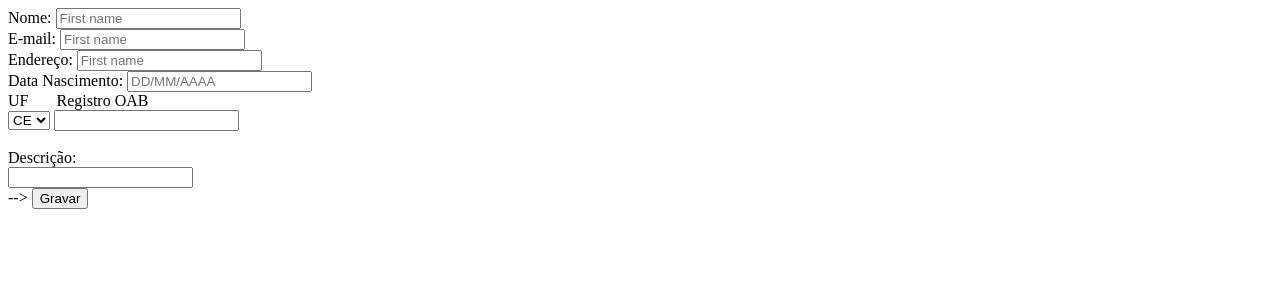
Repository: Natan16/CRUDJUSTTO
Page: CRUDJUSTTOWEB/WebContent/adiciona-advogado.html
An editor plug-in stored every save of this project. The page is shown before and after the next save, followed by the edit.
The browser window is 1280 px wide. The pictures show the whole page.

Above is the page before, as saved 2019-08-31 11:38:34.

### CRUDJUSTTOWEB/WebContent/adiciona-advogado.html
<html>
     <body>
         <form action="adicionaAdvogado" method="post">
             Nome: <input type="text" name="nome" placeholder="First name"/><br />
             E-mail: <input type="text" name="email" placeholder="First name"/><br />
             Endereço: <input type="text" name="endereco" placeholder="First name"/><br />
             Data Nascimento: <input type="text" name="dataNascimento" placeholder="DD/MM/AAAA"/><br />

                          UF                 &nbsp;&nbsp;&nbsp;&nbsp;&nbsp; Registro OAB <br />
             <select name="ufOAB">
			    <option value="volvo">CE</option>
			    <option value="saab">SP</option>
			    <option value="fiat">RJ</option>
			    <option value="audi">AM</option>
  			 </select>
  			 <input type="text" name="registroOAB" /><br />
  			 <br />

             Descrição: <br />
             <input  type="text" name="desc" rows=4 /><br />
		<!-- <!-- <div class="dropdown">
  			<button class="dropbtn">Dropdown</button>
  				<div class="dropdown-content">
    				<a href="#">Link 1</a>
    				<a href="#">Link 2</a>
    				<a href="#">Link 3</a>
  				</div>
  				style="height:200px;font-size:14pt;"
		</div> --> -->
             <input   type="submit" value="Gravar" />
         </form>
     </body>
 </html>

After the next save:
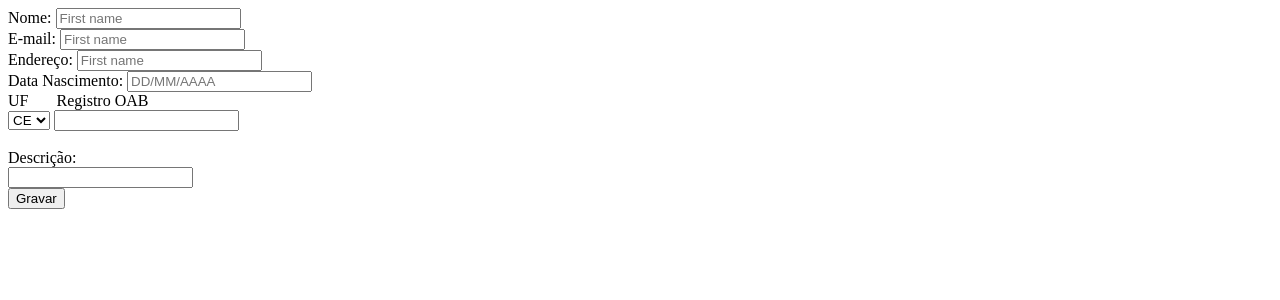
Saved 13 s later.
--- a/CRUDJUSTTOWEB/WebContent/adiciona-advogado.html
+++ b/CRUDJUSTTOWEB/WebContent/adiciona-advogado.html
@@ -26,7 +26,7 @@
     				<a href="#">Link 3</a>
   				</div>
   				style="height:200px;font-size:14pt;"
-		</div> --> -->
+		</div> -->
              <input   type="submit" value="Gravar" />
          </form>
      </body>
